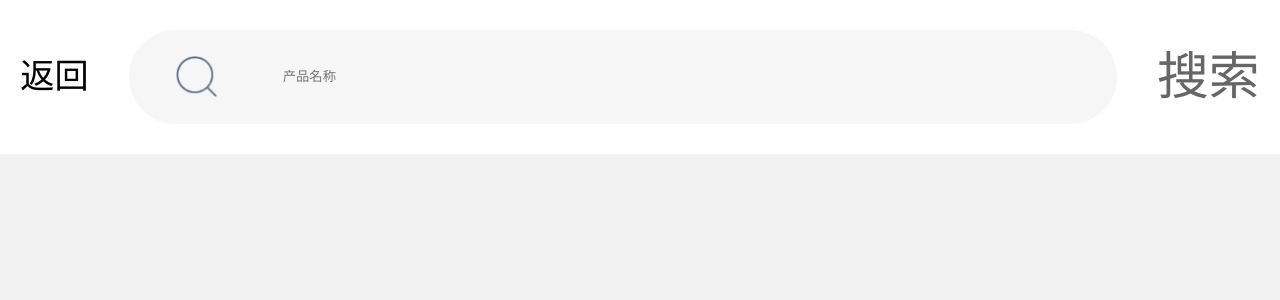
Repository: 421538074/sell
Page: consumer/search.html
An editor plug-in stored every save of this project. The page is shown before and after the next save, followed by the edit.
The browser window is 1280 px wide. The pictures show the whole page.

Above is the page before, as saved 2019-05-29 17:58:55.

After the next save:
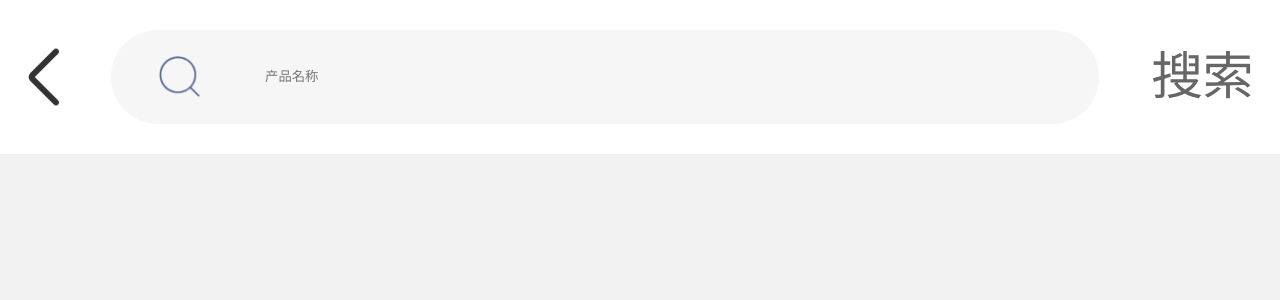
Saved 76 s later.
--- a/consumer/search.html
+++ b/consumer/search.html
@@ -11,7 +11,7 @@
 <body>
     <div id="app" class="content">
             <div class="search-bar-wrapper">
-                <span class="back-icon">返回</span>
+                <img src="../img/back.png" class="back-icon">
                 <input  placeholder="产品名称" type="text" class="search-input">
                 <span class="serach-title">搜索</span>
             </div>
